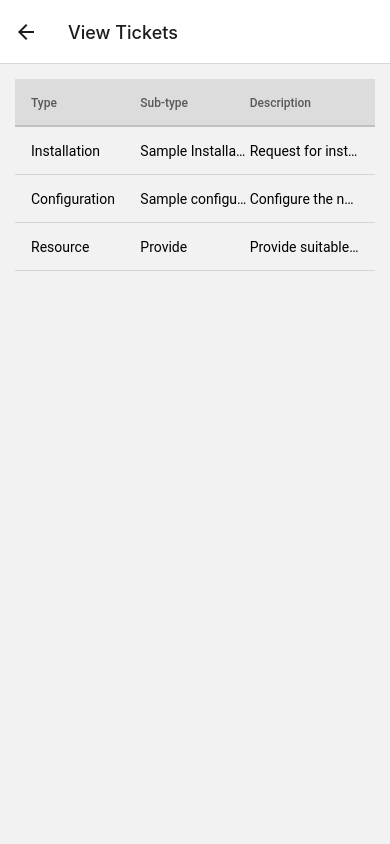
Repository: VishnuJG/Metro-Employee-App
Screen: /View Tickets
An editor plug-in stored every save of this project. The screen is shown before and after the next save, followed by the edit.
The app was drawn by React Native's web renderer in a window 390 px wide. The project was rebuilt for these pictures with package versions that can differ from the ones it lists, and the page was loaded fresh each time. Also part of the build but not shown: components/Task.js, components/EmployeeForm.js.

Above is the screen before, as saved 2022-06-30 16:04:09.

After the next save:
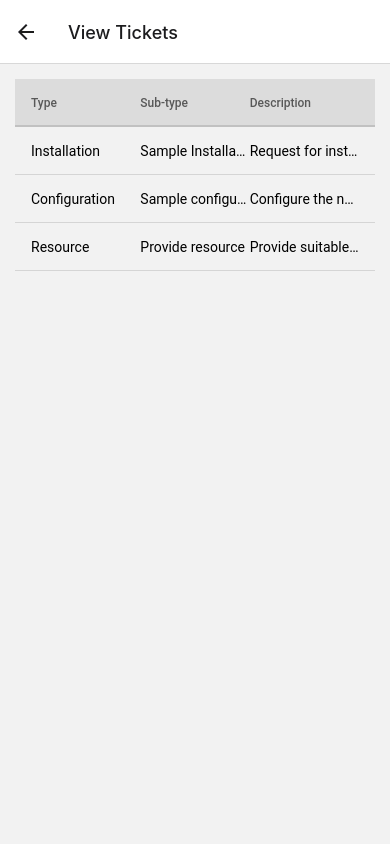
Saved 4 s later.
--- a/components/EmployeeTable.js
+++ b/components/EmployeeTable.js
@@ -15,7 +15,7 @@ const employees = [
     },
     {
         name:'Resource',
-        email:'Provide ',
+        email:'Provide resource',
         location:'Provide suitable resource for work'
     },
 
